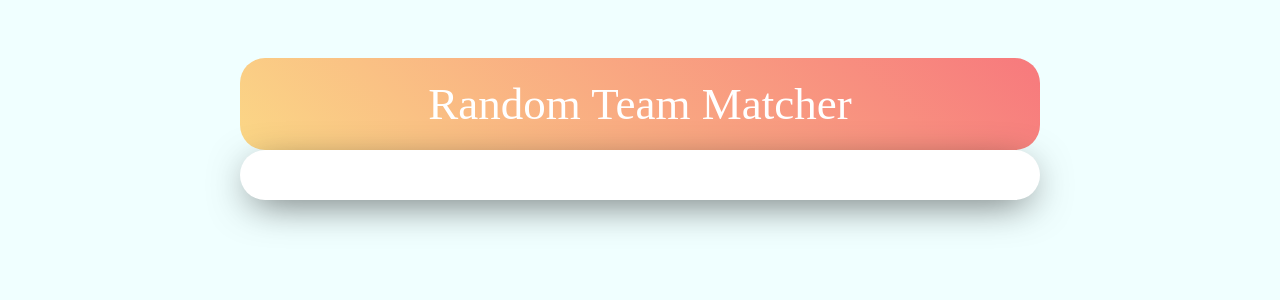
Repository: seleco29/Random-Team-Matcher-Servlet-Jsp
Page: http://localhost/Random_Team_Matcher_v2.0/include/enterTeamNameHeader.jsp
These files come from the project's save history. The page is drawn as it stood at one moment and after the next save; the edit follows.
The browser window is 1280 px wide. The pictures show the whole page.
The page is served by Tomcat 9. Other server files are loaded and not shown.

Above is the page before, as saved 2023-01-21 08:50:16.

### Random Team Matcher v2.0/src/main/webapp/include/enterTeamNameHeader.jsp
<!DOCTYPE html>
<html lang="en">
  <head>
    <meta charset="UTF-8" />
    <meta http-equiv="X-UA-Compatible" content="IE=edge" />
    <meta name="viewport" content="width=device-width, initial-scale=1.0" />
    <title>Document</title>
    <link rel="stylesheet" href="enterTeamName.css" />
  </head>
  <body>
    <div class="container">
      <header class="heading">Random Team Matcher</header>
      <div class="col col-md-6">
        <div class="myCol ">

### Random Team Matcher v2.0/src/main/webapp/assets/enterTeamName.css
*{
    /* margin: 0;
    padding:0; */
    box-sizing: border-box;
}
body{
    display: flex;
    justify-content: center;
    background-color: azure;
}
.heading{
   margin-top: 50px;
    padding: 20px 0px 20px 0px;
    width: 800px;
    font-size: 45px;
    border-radius: 25px;
    background-image:linear-gradient(45deg,#FBD786,#f7797d) ;
    color: #fff;
    display: flex;
    justify-content: center;
}

.input{
    font-size:  17px;
    width: 300px;
    border-radius: 25px;
    border: none;
    background-color: #ede6e6;
    padding: 10px 0px 10px 30px;
}
.input:focus{
    outline: none;
    }
.myCol{

    display: flex;
    justify-content: center;
    border-radius: 25px;
    background-color: #fff;
    width: 800px;
    box-shadow: 0px 10px 40px -10px rgba(0,0,0,0.7);
    padding-bottom: 50px;
}

.list{
    padding: 50px 0px 50px 0px;
}
.listElment{

    list-style-type: none;
    padding: 5px 0px 5px 0px;
    margin: 10px 0px 10px 0px;
}
.submitBtn{
color: #fff;
   width: 100px;
   border-radius: 25px;
   border: none;
   padding: 10px  ;
   background-color: #f7797d;

}

Loaded but not shown: Random Team Matcher v2.0/src/main/webapp/css/bootstrap.css (library)

After the next save:
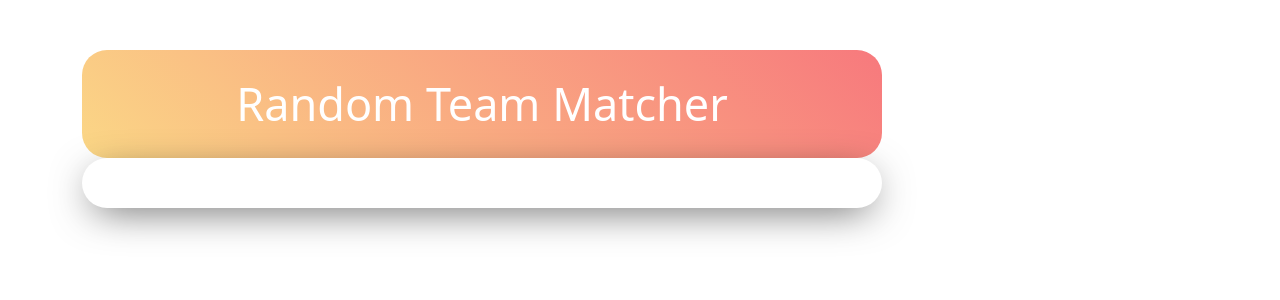
Saved 27 s later.
--- a/Random Team Matcher v2.0/src/main/webapp/include/enterTeamNameHeader.jsp
+++ b/Random Team Matcher v2.0/src/main/webapp/include/enterTeamNameHeader.jsp
@@ -5,7 +5,8 @@
     <meta http-equiv="X-UA-Compatible" content="IE=edge" />
     <meta name="viewport" content="width=device-width, initial-scale=1.0" />
     <title>Document</title>
-    <link rel="stylesheet" href="enterTeamName.css" />
+    <link rel="stylesheet" href="../enterTeamName.css" />
+    <link rel="stylesheet" href="../css/bootstrap.css" />
   </head>
   <body>
     <div class="container">
